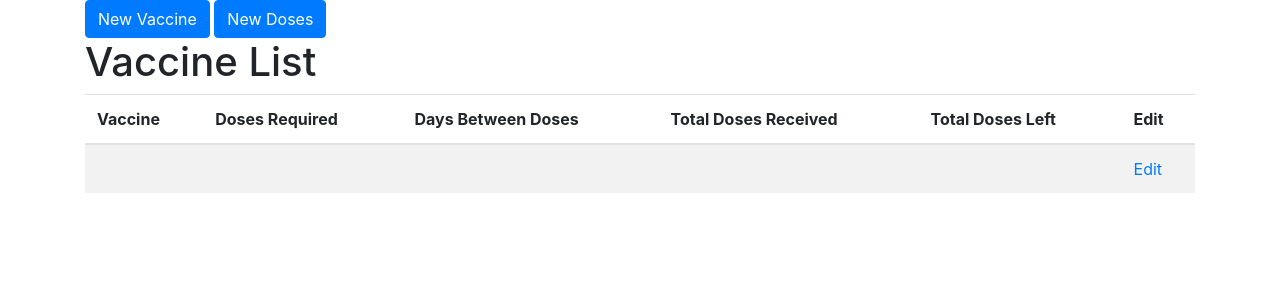
Repository: Thangtran1100/School-Stuff
Page: http://localhost/lab9/ListVaccine
An editor plug-in stored every save of this project. The page is shown before and after the next save, followed by the edit.
The browser window is 1280 px wide. The pictures show the whole page.
The page is served by Tomcat 9. Other server files are loaded and not shown.

Above is the page before, as saved 2023-03-27 21:14:25.

### Spring 2023/CS3220/Assignments/3220-Lab9-App/lab9/src/main/webapp/ListVaccine.jsp

<!DOCTYPE html>
<html>
<head>
<meta charset="UTF-8">
<title>List Vaccine</title>
<link rel="stylesheet"
	href="https://maxcdn.bootstrapcdn.com/bootstrap/4.0.0/css/bootstrap.min.css">
</head>
<body>

	<div class="container">
	<a href="new-vaccine" class="btn btn-primary">New Vaccine</a> <a
			href="new-doses" class="btn btn-primary">New Doses</a>
		<h1>Vaccine List</h1>
		<table class="table table-striped">
			<thead>
				<tr>
					<th>Vaccine</th>
					<th>Doses Required</th>
					<th>Days Between Doses</th>
					<th>Total Doses Received</th>
					<th>Total Doses Left</th>
					<th>Edit</th>
				</tr>
			</thead>
			<tbody>
				<c:forEach var="entry" items="${entries}">
					<tr>
						<td>${entry.vaccine}</td>
						<td>${entry.doseRequired}</td>
						<td>${entry.daysBetweenDose}</td>
						<td>${entry.totalDoseReceived}</td>
						<td>${entry.totalDoseLeft}</td>
						<td><a href="edit?vaccine=${entry.id}">Edit</a></td>
					</tr>
				</c:forEach>
			</tbody>
		</table>

	</div>

</body>
</html>

### Spring 2023/CS3220/Assignments/3220-Lab9-App/lab9/src/main/java/lab9/servlet/ListVaccine.java
package lab9.servlet;

import java.io.IOException;
import java.util.ArrayList;
import java.util.List;

import javax.servlet.ServletConfig;
import javax.servlet.ServletException;
import javax.servlet.annotation.WebServlet;
import javax.servlet.http.HttpServlet;
import javax.servlet.http.HttpServletRequest;
import javax.servlet.http.HttpServletResponse;

import model.VaccineEntry;
import utilities.ServletUtilities;



/**
 * Servlet implementation class ListVaccine
 */
@WebServlet(urlPatterns = "/ListVaccine", loadOnStartup = 1)
public class ListVaccine extends HttpServlet {
	private static final long serialVersionUID = 1L;
	private List<VaccineEntry> entries;

    /**
     * @see HttpServlet#HttpServlet()
     */
    public ListVaccine() {
        super();
        // TODO Auto-generated constructor stub
    }

    public void init( ServletConfig config ) throws ServletException
    {
        super.init( config );

        entries = new ArrayList<VaccineEntry>();

        entries.add( new VaccineEntry( "Pfizer/BioNTech", "2", "21", "10000", "10000" ) );
        entries.add( new VaccineEntry( "Johnson & Johnson", "1", "" ,"5000", "5000" ) );

        getServletContext().setAttribute( "entries", entries );
    }


	/**
	 * @see HttpServlet#doGet(HttpServletRequest request, HttpServletResponse response)
	 */
	protected void doGet(HttpServletRequest request, HttpServletResponse response) throws ServletException, IOException {
		// TODO Auto-generated method stub

		request.setAttribute("entries", entries);
        request.getRequestDispatcher("ListVaccine.jsp").forward(request, response);

	}

	/**
	 * @see HttpServlet#doPost(HttpServletRequest request, HttpServletResponse response)
	 */
	protected void doPost(HttpServletRequest request, HttpServletResponse response) throws ServletException, IOException {
		// TODO Auto-generated method stub
		doGet(request, response);
	}

}

After the next save:
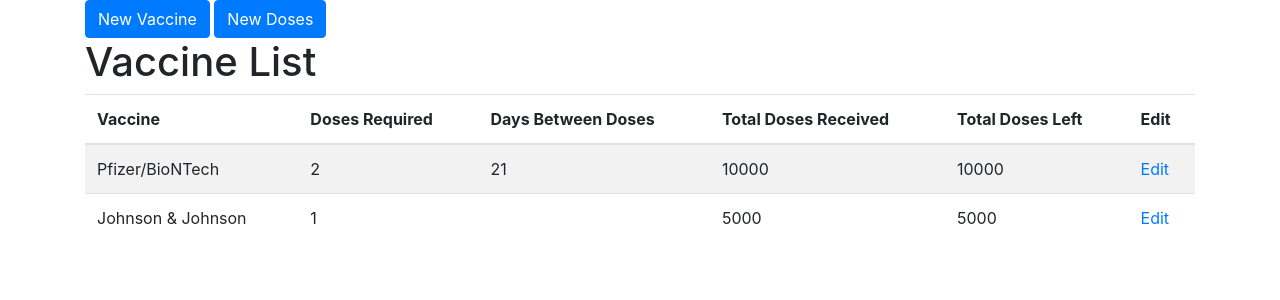
Saved 66 s later.
--- a/Spring 2023/CS3220/Assignments/3220-Lab9-App/lab9/src/main/webapp/ListVaccine.jsp
+++ b/Spring 2023/CS3220/Assignments/3220-Lab9-App/lab9/src/main/webapp/ListVaccine.jsp
@@ -1,4 +1,5 @@
-
+<%@ page contentType="text/html;charset=UTF-8" %>
+<%@ taglib prefix="c" uri="http://java.sun.com/jsp/jstl/core" %>
 <!DOCTYPE html>
 <html>
 <head>
@@ -10,7 +11,7 @@
 <body>
 
 	<div class="container">
-	<a href="new-vaccine" class="btn btn-primary">New Vaccine</a> <a
+		<a href="new-vaccine" class="btn btn-primary">New Vaccine</a> <a
 			href="new-doses" class="btn btn-primary">New Doses</a>
 		<h1>Vaccine List</h1>
 		<table class="table table-striped">
